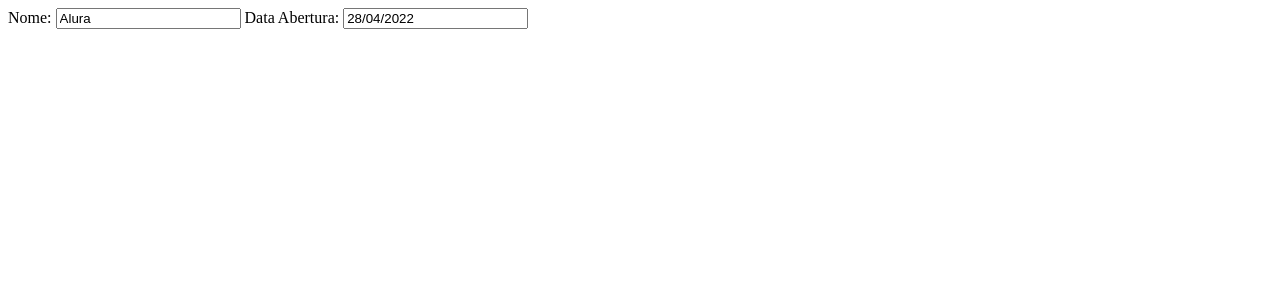
Repository: carolruo/alura-formacao-backend
Page: http://localhost/gerenciador/mostrarEmpresa?id=1
These files come from the project's save history. The page is drawn as it stood at one moment and after the next save; the edit follows.
The browser window is 1280 px wide. The pictures show the whole page.
The page is served by Tomcat 9. Other server files are loaded and not shown.

Above is the page before, as saved 2022-05-04 18:17:37.

### java-servlets/gerenciador/WebContent/formAlterarEmpresa.jsp
<%@ page language="java" contentType="text/html; charset=ISO-8859-1"
    pageEncoding="ISO-8859-1"%>
<%@ taglib uri="http://java.sun.com/jsp/jstl/fmt" prefix="fmt"%>
<!DOCTYPE html>
<html>
<head>
<meta charset="ISO-8859-1">
<title>Alterar Empresa</title>
</head>
<body>
	<form action="${linkServletNovaEmpresa }" method="post">

    Nome: <input type="text" name="nome" value="${empresa.nome}" />
    Data Abertura: <input type="text" name="data" value="<fmt:formatDate value="${empresa.dataAbertura}" pattern="dd/MM/yyyy"/>" />

    </form>
</body>
</html>

### java-servlets/gerenciador/src/br/com/alura/gerenciador/servlet/MostrarEmpresa.java
package br.com.alura.gerenciador.servlet;

import java.io.IOException;

import javax.servlet.RequestDispatcher;
import javax.servlet.ServletException;
import javax.servlet.annotation.WebServlet;
import javax.servlet.http.HttpServlet;
import javax.servlet.http.HttpServletRequest;
import javax.servlet.http.HttpServletResponse;

@WebServlet("/mostrarEmpresa")
public class MostrarEmpresa extends HttpServlet {
	private static final long serialVersionUID = 1L;

	protected void doGet(HttpServletRequest request, HttpServletResponse response) throws ServletException, IOException {

		String paramId = request.getParameter("id");
		Integer id = Integer.valueOf(paramId);

		BancoDeDados banco = new BancoDeDados();

		Empresa empresa = banco.buscaEmpresaPorId(id);

		request.setAttribute("empresa", empresa);

        RequestDispatcher rd = request.getRequestDispatcher("/formAlterarEmpresa.jsp");
        rd.forward(request, response);

	}

}

### java-servlets/gerenciador/src/br/com/alura/gerenciador/servlet/BancoDeDados.java
package br.com.alura.gerenciador.servlet;

import java.util.ArrayList;
import java.util.Iterator;
import java.util.List;

public class BancoDeDados {

	private static List<Empresa> listaEmpresas = new ArrayList<>();
	//simular uma chave sequencial no banco de dados:
	private static Integer chaveSequencial = 1;

	static { //isso vai carregar assim que a classe inicializar, criando de antemao as empresas para fim de teste
		Empresa empresa1 = new Empresa();
		empresa1.setNome("Alura");
		empresa1.setId(chaveSequencial++);
		Empresa empresa2 = new Empresa();
		empresa2.setNome("Caelum");
		empresa2.setId(chaveSequencial++);

		listaEmpresas.add(empresa1);
		listaEmpresas.add(empresa2);
	}

	public void adiciona(Empresa empresa) {
		empresa.setId(chaveSequencial++);
		listaEmpresas.add(empresa);
	}

	public List<Empresa> getEmpresas() {
		return BancoDeDados.listaEmpresas;
	}

	//DELETE do banco de dados
	public void removerEmpresa(Integer id) {

		Iterator<Empresa> it = listaEmpresas.iterator();
		 while(it.hasNext()) {
		        Empresa emp = it.next();

		        if(emp.getId() == id ) {
		            it.remove();
		        }
		 }
	}

	public Empresa buscaEmpresaPorId(Integer id) {
		for (Empresa empresa: listaEmpresas) {
	        if(empresa.getId() == id)  {
	            return empresa;
	        }
	    }
	    return null;
	}

}

### java-servlets/gerenciador/src/br/com/alura/gerenciador/servlet/Empresa.java
package br.com.alura.gerenciador.servlet;

import java.util.Date;

public class Empresa {

	private Integer id;
	private String nome;
	private Date dataAbertura = new Date();

	public Integer getId() {
		return id;
	}
	public void setId(int id) {
		this.id = id;
	}
	public String getNome() {
		return nome;
	}
	public void setNome(String nome) {
		this.nome = nome;
	}
	public Date getDataAbertura() {
		return dataAbertura;
	}
	public void setDataAbertura(Date dataAbertura) {
		this.dataAbertura = dataAbertura;
	}


}

After the next save:
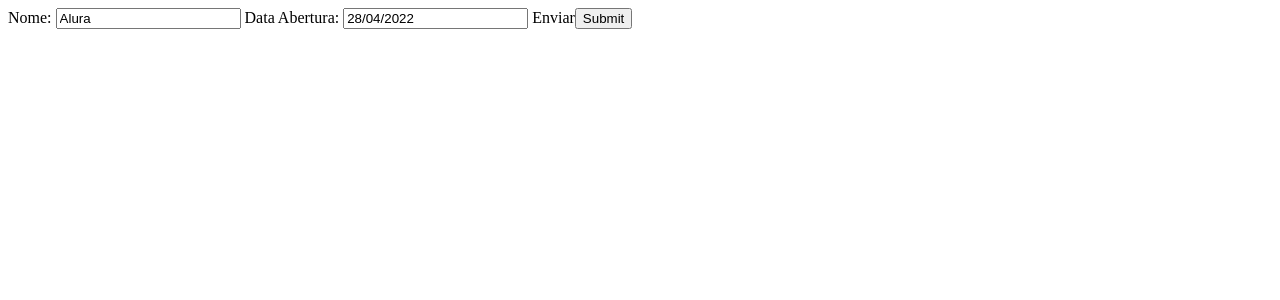
Saved 38 s later.
--- a/java-servlets/gerenciador/WebContent/formAlterarEmpresa.jsp
+++ b/java-servlets/gerenciador/WebContent/formAlterarEmpresa.jsp
@@ -12,7 +12,7 @@
 
     Nome: <input type="text" name="nome" value="${empresa.nome}" />
     Data Abertura: <input type="text" name="data" value="<fmt:formatDate value="${empresa.dataAbertura}" pattern="dd/MM/yyyy"/>" />
-
+    Enviar<input type="submit" />
     </form>
 </body>
 </html>
